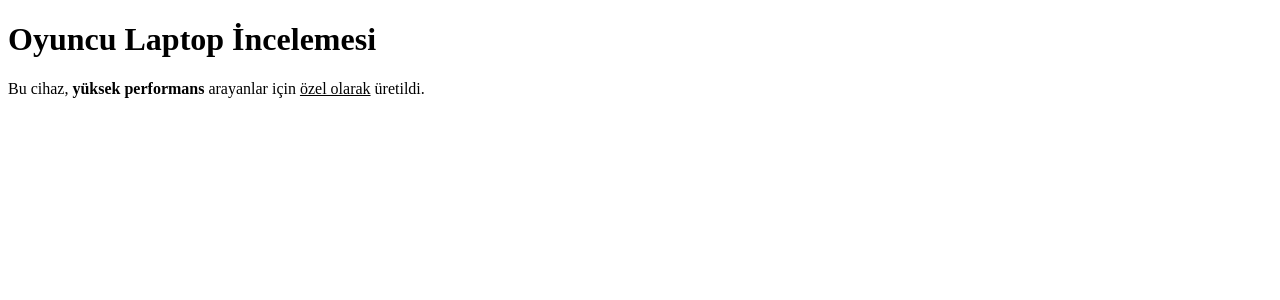
Repository: BeritanBlgn/web-yazilim-muhendisligi
Page: Modul_1/Ders_3/1.3.6_gorev2.html
The author's editor kept a copy of each file at every save. The page is drawn from the files as they stood at one save, then again after a run of saves.
The browser window is 1280 px wide. The pictures show the whole page.

Above is the page before, as saved 2026-10-09 22:31:21.

After the next 2 saves:
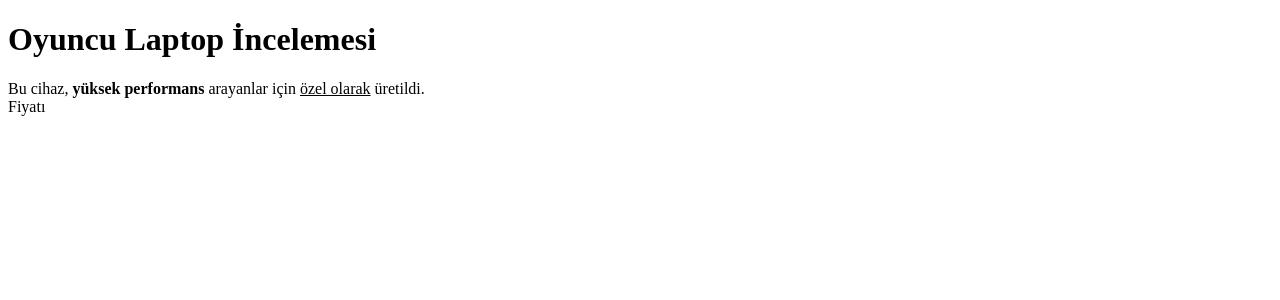
The 2 saves are shown as one change because they came seconds apart.
The last was saved 17 s later.
--- a/Modul_1/Ders_3/1.3.6_gorev2.html
+++ b/Modul_1/Ders_3/1.3.6_gorev2.html
@@ -11,7 +11,8 @@
     </h1>
     <p>
         Bu cihaz, <strong>yüksek performans</strong> arayanlar için
-        <u>özel olarak</u> üretildi.
+        <u>özel olarak</u> üretildi. <br>
+        Fiyatı
     </p>
 </body>
 </html>
